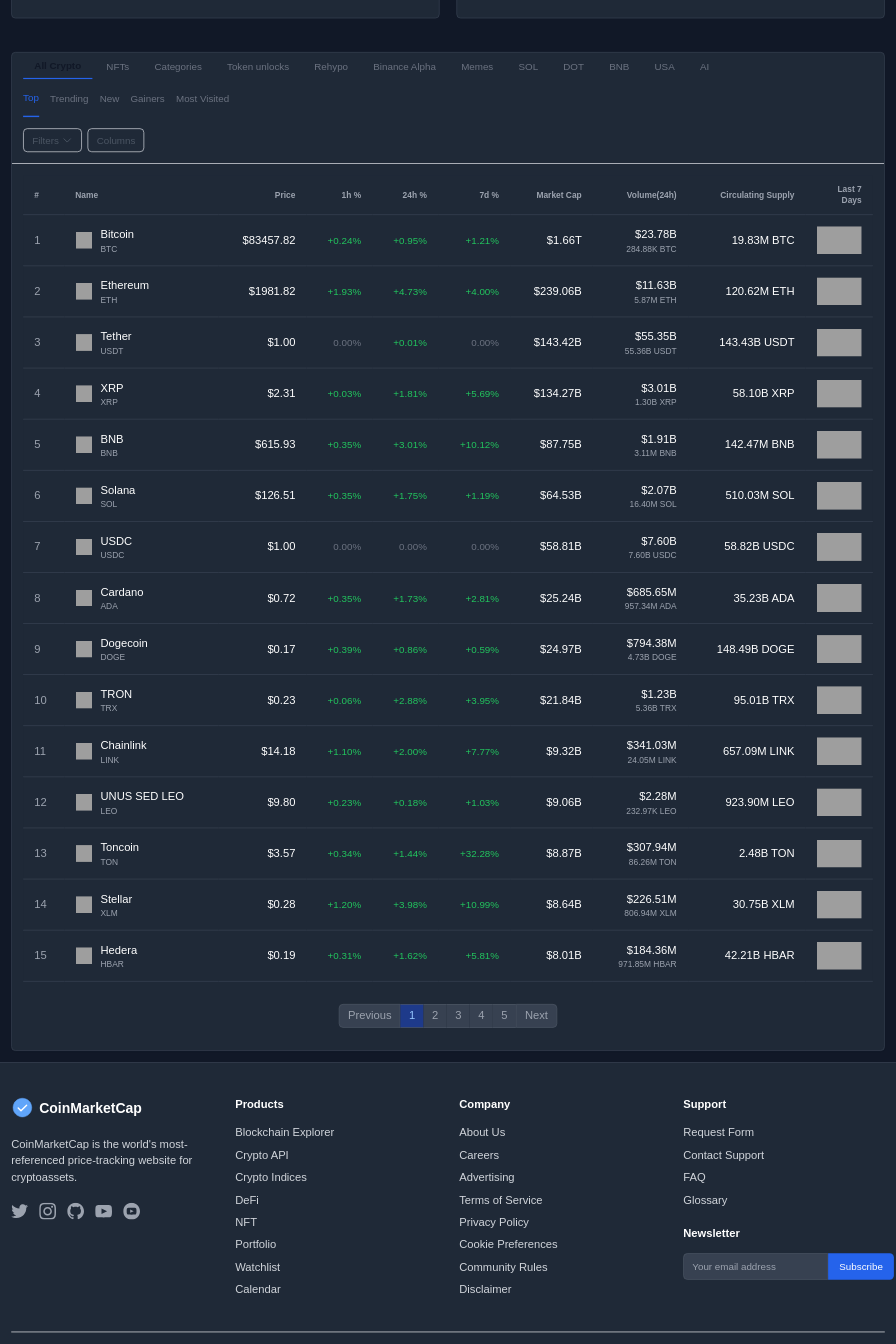
Repository: halilhaninan/testcmc
Page: /
These files come from the project's save history. The page is drawn as it stood at one moment and after a run of saves; the edit follows.
The browser window is 1280 px wide. The pictures show the part of the page from y = 876 to 2796 px (the page is 2883 px tall before and 2963 px after), at 70% of full size.
Pictures or frames that could not be fetched are drawn as grey boxes. The project was rebuilt for these pictures with package versions that can differ from the ones it lists, and the page was loaded fresh each time. Also part of the build but not shown: vite.config.ts.

Above is the page before, as saved 2025-04-07 20:36:21.

### index.html
<!DOCTYPE html>
<html lang="en">

<head>
  <meta charset="UTF-8" />
  <link rel="icon" type="image/svg+xml" href="data:[embedded picture, 526 characters]" />
  <meta name="viewport" content="width=device-width, initial-scale=1.0" />
  <title>Cryptocurrency Prices, Charts, and Market Capitalizations | CoinMarketCap Clone</title>
  <meta name="description" content="A clone of CoinMarketCap - the world's most-referenced price-tracking website for cryptoassets in the rapidly growing cryptocurrency space." />
</head>

<body>
  <div id="root"></div>
  <script type="module" src="/src/main.tsx"></script>
</body>

</html>

### src/main.tsx
import { createRoot } from "react-dom/client";
import "./index.css";
import App from "./App.tsx";

const rootElement = document.getElementById("root");
if (!rootElement) {
  throw new Error("Failed to find root element");
}

createRoot(rootElement).render(<App />);

### src/index.css
@tailwind base;
@tailwind components;
@tailwind utilities;

body {
  font-family: Arial, Helvetica, sans-serif;
}

:root {
  --background: 0 0% 100%;
  --foreground: 240 10% 3.9%;
  --card: 0 0% 100%;
  --card-foreground: 240 10% 3.9%;
  --popover: 0 0% 100%;
  --popover-foreground: 240 10% 3.9%;
  --primary: 240 5.9% 10%;
  --primary-foreground: 0 0% 98%;
  --secondary: 240 4.8% 95.9%;
  --secondary-foreground: 240 5.9% 10%;
  --muted: 240 4.8% 95.9%;
  --muted-foreground: 240 3.8% 46.1%;
  --accent: 240 4.8% 95.9%;
  --accent-foreground: 240 5.9% 10%;
  --destructive: 0 84.2% 60.2%;
  --destructive-foreground: 0 0% 98%;
  --border: 240 5.9% 90%;
  --input: 240 5.9% 90%;
  --ring: 240 5.9% 10%;
  --radius: 0.5rem;
  --chart-1: 12 76% 61%;
  --chart-2: 173 58% 39%;
  --chart-3: 197 37% 24%;
  --chart-4: 43 74% 66%;
  --chart-5: 27 87% 67%;
}

.dark {
  --background: 240 10% 3.9%;
  --foreground: 0 0% 98%;
  --card: 240 10% 3.9%;
  --card-foreground: 0 0% 98%;
  --popover: 240 10% 3.9%;
  --popover-foreground: 0 0% 98%;
  --primary: 0 0% 98%;
  --primary-foreground: 240 5.9% 10%;
  --secondary: 240 3.7% 15.9%;
  --secondary-foreground: 0 0% 98%;
  --muted: 240 3.7% 15.9%;
  --muted-foreground: 240 5% 64.9%;
  --accent: 240 3.7% 15.9%;
  --accent-foreground: 0 0% 98%;
  --destructive: 0 62.8% 30.6%;
  --destructive-foreground: 0 0% 98%;
  --border: 240 3.7% 15.9%;
  --input: 240 3.7% 15.9%;
  --ring: 240 4.9% 83.9%;
  --chart-1: 220 70% 50%;
  --chart-2: 160 60% 45%;
  --chart-3: 30 80% 55%;
  --chart-4: 280 65% 60%;
  --chart-5: 340 75% 55%;
}

@layer utilities {
  .no-scrollbar::-webkit-scrollbar {
    display: none;
  }

  .no-scrollbar {
    -ms-overflow-style: none;  /* IE and Edge */
    scrollbar-width: none;  /* Firefox */
  }
}

### src/App.tsx
import React from "react";
import Header from "./components/layout/Header";
import Footer from "./components/layout/Footer";
import GlobalStats from "./components/ui/GlobalStats";
import TrendingSection from "./components/ui/TrendingSection";
import FilterTabs from "./components/ui/FilterTabs";
import CryptoTable from "./components/ui/CryptoTable";
import { ThemeProvider } from "./context/ThemeContext";

function App() {
  return (
    <ThemeProvider>
      <div className="flex min-h-screen flex-col bg-gray-50 transition-colors duration-200 dark:bg-gray-900">
        <Header />
        <main className="flex-grow">
          <GlobalStats />
          <TrendingSection />
          <div className="container mx-auto px-4 py-4">
            <div className="overflow-hidden rounded-md border border-gray-200 bg-white shadow-sm transition-colors duration-200 dark:border-gray-700 dark:bg-gray-800">
              <FilterTabs />
              <CryptoTable />
            </div>
          </div>
        </main>
        <Footer />
      </div>
    </ThemeProvider>
  );
}

export default App;

### src/components/ui/FilterTabs.tsx
import React, { useState } from 'react';

const FilterTabs: React.FC = () => {
  const [activeTab, setActiveTab] = useState('top');

  const tabs = [
    { id: 'top', label: 'Top' },
    { id: 'trending', label: 'Trending' },
    { id: 'new', label: 'New' },
    { id: 'gainers', label: 'Gainers' },
    { id: 'mostVisited', label: 'Most Visited' }
  ];

  return (
    <div className="border-b border-gray-200 mb-4">
      <div className="container mx-auto px-4">
        {/* Main Category Tabs */}
        <div className="flex overflow-x-auto no-scrollbar space-x-1 text-sm">
          <button className="px-4 py-2 font-semibold text-gray-900 border-b-2 border-blue-600">
            All Crypto
          </button>
          <button className="px-4 py-2 text-gray-500 hover:text-gray-900">
            NFTs
          </button>
          <button className="px-4 py-2 text-gray-500 hover:text-gray-900">
            Categories
          </button>
          <button className="px-4 py-2 text-gray-500 hover:text-gray-900">
            Token unlocks
          </button>
          <button className="px-4 py-2 text-gray-500 hover:text-gray-900">
            Rehypo
          </button>
          <button className="px-4 py-2 text-gray-500 hover:text-gray-900">
            Binance Alpha
          </button>
          <button className="px-4 py-2 text-gray-500 hover:text-gray-900">
            Memes
          </button>
          <button className="px-4 py-2 text-gray-500 hover:text-gray-900">
            SOL
          </button>
          <button className="px-4 py-2 text-gray-500 hover:text-gray-900">
            DOT
          </button>
          <button className="px-4 py-2 text-gray-500 hover:text-gray-900">
            BNB
          </button>
          <button className="px-4 py-2 text-gray-500 hover:text-gray-900">
            USA
          </button>
          <button className="px-4 py-2 text-gray-500 hover:text-gray-900">
            AI
          </button>
        </div>

        {/* Subcategory Tabs */}
        <div className="flex space-x-4 mt-4">
          {tabs.map(tab => (
            <button
              key={tab.id}
              className={`pb-4 text-sm font-medium transition-colors relative ${
                activeTab === tab.id
                  ? 'text-blue-600 border-b-2 border-blue-600'
                  : 'text-gray-500 hover:text-gray-900'
              }`}
              onClick={() => setActiveTab(tab.id)}
            >
              {tab.label}
            </button>
          ))}
        </div>

        {/* Filter Buttons */}
        <div className="flex justify-between items-center py-4">
          <div className="flex space-x-2">
            <button className="py-1.5 px-3 text-sm text-gray-600 border border-gray-300 rounded-md hover:bg-gray-50 flex items-center">
              <span>Filters</span>
              <svg className="w-4 h-4 ml-1" fill="none" viewBox="0 0 24 24" stroke="currentColor">
                <path strokeLinecap="round" strokeLinejoin="round" strokeWidth="2" d="M19 9l-7 7-7-7" />
              </svg>
            </button>
            <button className="py-1.5 px-3 text-sm text-gray-600 border border-gray-300 rounded-md hover:bg-gray-50">
              Columns
            </button>
          </div>
        </div>
      </div>
    </div>
  );
};

export default FilterTabs;

### src/components/ui/CryptoTable.tsx
import React from "react";
import { cryptocurrencies } from "../../data/mockData";
import {
  formatCurrency,
  formatCurrencyWithDecimals,
  formatNumber,
  formatSupply,
  getPercentClass,
} from "../../utils/formatters";

const CryptoTable: React.FC = () => {
  return (
    <div className="container mx-auto overflow-x-auto px-4">
      <table className="min-w-full bg-white dark:bg-gray-800">
        <thead>
          <tr className="border-b border-gray-200 text-xs text-gray-500 dark:border-gray-700 dark:text-gray-400">
            <th className="px-4 py-3 text-left">#</th>
            <th className="px-4 py-3 text-left">Name</th>
            <th className="px-4 py-3 text-right">Price</th>
            <th className="px-4 py-3 text-right">1h %</th>
            <th className="px-4 py-3 text-right">24h %</th>
            <th className="px-4 py-3 text-right">7d %</th>
            <th className="px-4 py-3 text-right">Market Cap</th>
            <th className="px-4 py-3 text-right">Volume(24h)</th>
            <th className="px-4 py-3 text-right">Circulating Supply</th>
            <th className="px-4 py-3 text-right">Last 7 Days</th>
          </tr>
        </thead>
        <tbody>
          {cryptocurrencies.map((crypto) => (
            <tr
              key={crypto.id}
              className="border-b border-gray-200 hover:bg-gray-50 dark:border-gray-700 dark:hover:bg-gray-700"
            >
              <td className="px-4 py-4 text-left text-gray-500 dark:text-gray-400">
                {crypto.rank}
              </td>
              <td className="px-4 py-4 text-left">
                <div className="flex items-center">
                  <img src={crypto.logo} alt={crypto.name} className="mr-3 h-6 w-6" />
                  <div>
                    <div className="font-medium text-gray-900 dark:text-white">{crypto.name}</div>
                    <div className="text-xs text-gray-500 dark:text-gray-400">{crypto.symbol}</div>
                  </div>
                </div>
              </td>
              <td className="px-4 py-4 text-right font-medium text-gray-900 dark:text-white">
                {formatCurrencyWithDecimals(crypto.price)}
              </td>
              <td
                className={`px-4 py-4 text-right text-sm ${getPercentClass(crypto.percentChange1h)}`}
              >
                {crypto.percentChange1h > 0 ? "+" : ""}
                {crypto.percentChange1h.toFixed(2)}%
              </td>
              <td
                className={`px-4 py-4 text-right text-sm ${getPercentClass(crypto.percentChange24h)}`}
              >
                {crypto.percentChange24h > 0 ? "+" : ""}
                {crypto.percentChange24h.toFixed(2)}%
              </td>
              <td
                className={`px-4 py-4 text-right text-sm ${getPercentClass(crypto.percentChange7d)}`}
              >
                {crypto.percentChange7d > 0 ? "+" : ""}
                {crypto.percentChange7d.toFixed(2)}%
              </td>
              <td className="px-4 py-4 text-right font-medium text-gray-900 dark:text-white">
                {formatCurrency(crypto.marketCap)}
              </td>
              <td className="px-4 py-4 text-right">
                <div className="text-gray-900 dark:text-white">
                  {formatCurrency(crypto.volume24h)}
                </div>
                <div className="text-xs text-gray-500 dark:text-gray-400">
                  {formatNumber(crypto.volume24h / crypto.price)} {crypto.symbol}
                </div>
              </td>
              <td className="px-4 py-4 text-right">
                <div className="text-gray-900 dark:text-white">
                  {formatSupply(crypto.circulatingSupply, crypto.symbol)}
                </div>
              </td>
              <td className="w-24 px-4 py-4">
                <img
                  src={crypto.sparkline}
                  alt={`${crypto.name} 7d chart`}
                  className="h-10 w-full"
                />
              </td>
            </tr>
          ))}
        </tbody>
      </table>

      {/* Pagination */}
      <div className="my-8 flex justify-center">
        <nav className="inline-flex">
          <button className="rounded-l-md border border-gray-300 bg-white px-3 py-1 text-gray-500 hover:bg-gray-50 dark:border-gray-600 dark:bg-gray-700 dark:text-gray-400 dark:hover:bg-gray-600">
            Previous
          </button>
          <button className="border-b border-t border-gray-300 bg-blue-50 px-3 py-1 font-medium text-blue-600 dark:border-gray-600 dark:bg-blue-900 dark:text-blue-300">
            1
          </button>
          <button className="border-b border-t border-gray-300 bg-white px-3 py-1 text-gray-500 hover:bg-gray-50 dark:border-gray-600 dark:bg-gray-700 dark:text-gray-400 dark:hover:bg-gray-600">
            2
          </button>
          <button className="border-b border-t border-gray-300 bg-white px-3 py-1 text-gray-500 hover:bg-gray-50 dark:border-gray-600 dark:bg-gray-700 dark:text-gray-400 dark:hover:bg-gray-600">
            3
          </button>
          <button className="border-b border-t border-gray-300 bg-white px-3 py-1 text-gray-500 hover:bg-gray-50 dark:border-gray-600 dark:bg-gray-700 dark:text-gray-400 dark:hover:bg-gray-600">
            4
          </button>
          <button className="border-b border-t border-gray-300 bg-white px-3 py-1 text-gray-500 hover:bg-gray-50 dark:border-gray-600 dark:bg-gray-700 dark:text-gray-400 dark:hover:bg-gray-600">
            5
          </button>
          <button className="rounded-r-md border border-gray-300 bg-white px-3 py-1 text-gray-500 hover:bg-gray-50 dark:border-gray-600 dark:bg-gray-700 dark:text-gray-400 dark:hover:bg-gray-600">
            Next
          </button>
        </nav>
      </div>
    </div>
  );
};

export default CryptoTable;

### src/context/ThemeContext.tsx
import React, { createContext, useContext, useState, useEffect } from "react";

type ThemeContextType = {
  isDarkMode: boolean;
  toggleTheme: () => void;
};

const ThemeContext = createContext<ThemeContextType | undefined>(undefined);

export const ThemeProvider: React.FC<{ children: React.ReactNode }> = ({ children }) => {
  const [isDarkMode, setIsDarkMode] = useState<boolean>(() => {
    // Varsayılan olarak dark mode'u aktif et
    return true;
  });

  useEffect(() => {
    if (isDarkMode) {
      document.documentElement.classList.add("dark");
    } else {
      document.documentElement.classList.remove("dark");
    }
  }, [isDarkMode]);

  const toggleTheme = () => {
    setIsDarkMode(!isDarkMode);
  };

  return (
    <ThemeContext.Provider value={{ isDarkMode, toggleTheme }}>{children}</ThemeContext.Provider>
  );
};

export const useTheme = () => {
  const context = useContext(ThemeContext);
  if (context === undefined) {
    throw new Error("useTheme must be used within a ThemeProvider");
  }
  return context;
};

### src/utils/formatters.ts
/**
 * Format large numbers to a readable format with abbreviations (K, M, B, T)
 */
export const formatNumber = (num: number): string => {
  if (num === undefined || num === null) return "N/A";

  if (num >= 1e12) {
    return (num / 1e12).toFixed(2) + 'T';
  } else if (num >= 1e9) {
    return (num / 1e9).toFixed(2) + 'B';
  } else if (num >= 1e6) {
    return (num / 1e6).toFixed(2) + 'M';
  } else if (num >= 1e3) {
    return (num / 1e3).toFixed(2) + 'K';
  } else {
    return num.toFixed(2);
  }
};

/**
 * Format a number as a currency with $ prefix
 */
export const formatCurrency = (num: number): string => {
  if (num === undefined || num === null) return "N/A";

  if (num >= 1e12) {
    return '$' + (num / 1e12).toFixed(2) + 'T';
  } else if (num >= 1e9) {
    return '$' + (num / 1e9).toFixed(2) + 'B';
  } else if (num >= 1e6) {
    return '$' + (num / 1e6).toFixed(2) + 'M';
  } else if (num >= 1e3) {
    return '$' + (num / 1e3).toFixed(2) + 'K';
  } else {
    return '$' + num.toFixed(2);
  }
};

/**
 * Format a number as a currency with $ prefix and maximum decimals
 */
export const formatCurrencyWithDecimals = (num: number, decimals = 2): string => {
  if (num === undefined || num === null) return "N/A";

  // For small numbers (stablecoins), show more decimals
  if (num < 1 && num > 0) {
    return '$' + num.toFixed(Math.min(6, decimals));
  }

  // For normal numbers
  return '$' + num.toFixed(decimals);
};

/**
 * Format a percentage with % suffix and color
 */
export const formatPercent = (num: number): string => {
  if (num === undefined || num === null) return "N/A";
  return (num > 0 ? '+' : '') + num.toFixed(2) + '%';
};

/**
 * Format supply numbers
 */
export const formatSupply = (num: number, symbol: string): string => {
  if (num === undefined || num === null) return "N/A";

  if (num >= 1e12) {
    return (num / 1e12).toFixed(2) + 'T ' + symbol;
  } else if (num >= 1e9) {
    return (num / 1e9).toFixed(2) + 'B ' + symbol;
  } else if (num >= 1e6) {
    return (num / 1e6).toFixed(2) + 'M ' + symbol;
  } else if (num >= 1e3) {
    return (num / 1e3).toFixed(2) + 'K ' + symbol;
  } else {
    return num.toFixed(2) + ' ' + symbol;
  }
};

/**
 * Get CSS class for positive or negative percentage
 */
export const getPercentClass = (percent: number): string => {
  if (percent > 0) {
    return 'text-green-500';
  } else if (percent < 0) {
    return 'text-red-500';
  } else {
    return 'text-gray-500';
  }
};

Loaded but not shown: tailwind.config.js (118 lines, source omitted); src/components/layout/Footer.tsx (269 lines, source omitted); src/data/mockData.ts (340 lines, source omitted); src/components/layout/Header.tsx (201 lines, source omitted); src/components/ui/GlobalStats.tsx (109 lines, source omitted); src/components/ui/TrendingSection.tsx (97 lines, source omitted)

After the next 2 saves:
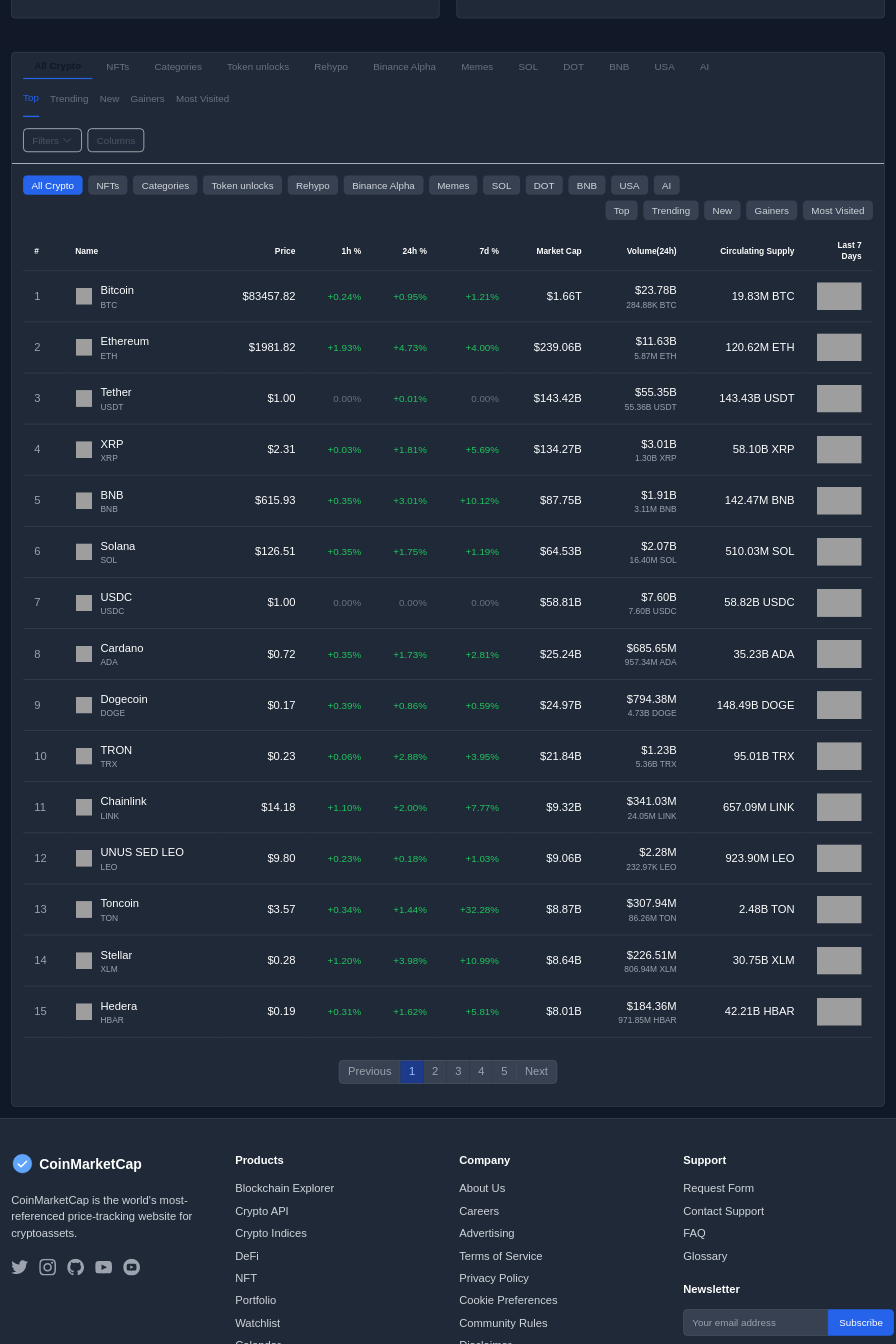
The 2 saves are shown as one change because they came seconds apart.
The last was saved 111 s later.
--- a/src/components/ui/CryptoTable.tsx
+++ b/src/components/ui/CryptoTable.tsx
@@ -11,9 +11,66 @@
 const CryptoTable: React.FC = () => {
   return (
     <div className="container mx-auto overflow-x-auto px-4">
+      {/* Filters and Categories */}
+      <div className="mb-4 flex flex-wrap items-center gap-2 text-sm">
+        <div className="flex flex-wrap gap-2">
+          <button className="rounded-md bg-blue-600 px-3 py-1 text-white">All Crypto</button>
+          <button className="rounded-md bg-gray-100 px-3 py-1 text-gray-700 hover:bg-gray-200 dark:bg-gray-700 dark:text-gray-300 dark:hover:bg-gray-600">
+            NFTs
+          </button>
+          <button className="rounded-md bg-gray-100 px-3 py-1 text-gray-700 hover:bg-gray-200 dark:bg-gray-700 dark:text-gray-300 dark:hover:bg-gray-600">
+            Categories
+          </button>
+          <button className="rounded-md bg-gray-100 px-3 py-1 text-gray-700 hover:bg-gray-200 dark:bg-gray-700 dark:text-gray-300 dark:hover:bg-gray-600">
+            Token unlocks
+          </button>
+          <button className="rounded-md bg-gray-100 px-3 py-1 text-gray-700 hover:bg-gray-200 dark:bg-gray-700 dark:text-gray-300 dark:hover:bg-gray-600">
+            Rehypo
+          </button>
+          <button className="rounded-md bg-gray-100 px-3 py-1 text-gray-700 hover:bg-gray-200 dark:bg-gray-700 dark:text-gray-300 dark:hover:bg-gray-600">
+            Binance Alpha
+          </button>
+          <button className="rounded-md bg-gray-100 px-3 py-1 text-gray-700 hover:bg-gray-200 dark:bg-gray-700 dark:text-gray-300 dark:hover:bg-gray-600">
+            Memes
+          </button>
+          <button className="rounded-md bg-gray-100 px-3 py-1 text-gray-700 hover:bg-gray-200 dark:bg-gray-700 dark:text-gray-300 dark:hover:bg-gray-600">
+            SOL
+          </button>
+          <button className="rounded-md bg-gray-100 px-3 py-1 text-gray-700 hover:bg-gray-200 dark:bg-gray-700 dark:text-gray-300 dark:hover:bg-gray-600">
+            DOT
+          </button>
+          <button className="rounded-md bg-gray-100 px-3 py-1 text-gray-700 hover:bg-gray-200 dark:bg-gray-700 dark:text-gray-300 dark:hover:bg-gray-600">
+            BNB
+          </button>
+          <button className="rounded-md bg-gray-100 px-3 py-1 text-gray-700 hover:bg-gray-200 dark:bg-gray-700 dark:text-gray-300 dark:hover:bg-gray-600">
+            USA
+          </button>
+          <button className="rounded-md bg-gray-100 px-3 py-1 text-gray-700 hover:bg-gray-200 dark:bg-gray-700 dark:text-gray-300 dark:hover:bg-gray-600">
+            AI
+          </button>
+        </div>
+        <div className="ml-auto flex gap-2">
+          <button className="rounded-md bg-gray-100 px-3 py-1 text-gray-700 hover:bg-gray-200 dark:bg-gray-700 dark:text-gray-300 dark:hover:bg-gray-600">
+            Top
+          </button>
+          <button className="rounded-md bg-gray-100 px-3 py-1 text-gray-700 hover:bg-gray-200 dark:bg-gray-700 dark:text-gray-300 dark:hover:bg-gray-600">
+            Trending
+          </button>
+          <button className="rounded-md bg-gray-100 px-3 py-1 text-gray-700 hover:bg-gray-200 dark:bg-gray-700 dark:text-gray-300 dark:hover:bg-gray-600">
+            New
+          </button>
+          <button className="rounded-md bg-gray-100 px-3 py-1 text-gray-700 hover:bg-gray-200 dark:bg-gray-700 dark:text-gray-300 dark:hover:bg-gray-600">
+            Gainers
+          </button>
+          <button className="rounded-md bg-gray-100 px-3 py-1 text-gray-700 hover:bg-gray-200 dark:bg-gray-700 dark:text-gray-300 dark:hover:bg-gray-600">
+            Most Visited
+          </button>
+        </div>
+      </div>
+
       <table className="min-w-full bg-white dark:bg-gray-800">
         <thead>
-          <tr className="border-b border-gray-200 text-xs text-gray-500 dark:border-gray-700 dark:text-gray-400">
+          <tr className="border-b border-gray-200 text-xs text-gray-500 dark:border-gray-700 dark:text-white">
             <th className="px-4 py-3 text-left">#</th>
             <th className="px-4 py-3 text-left">Name</th>
             <th className="px-4 py-3 text-right">Price</th>
